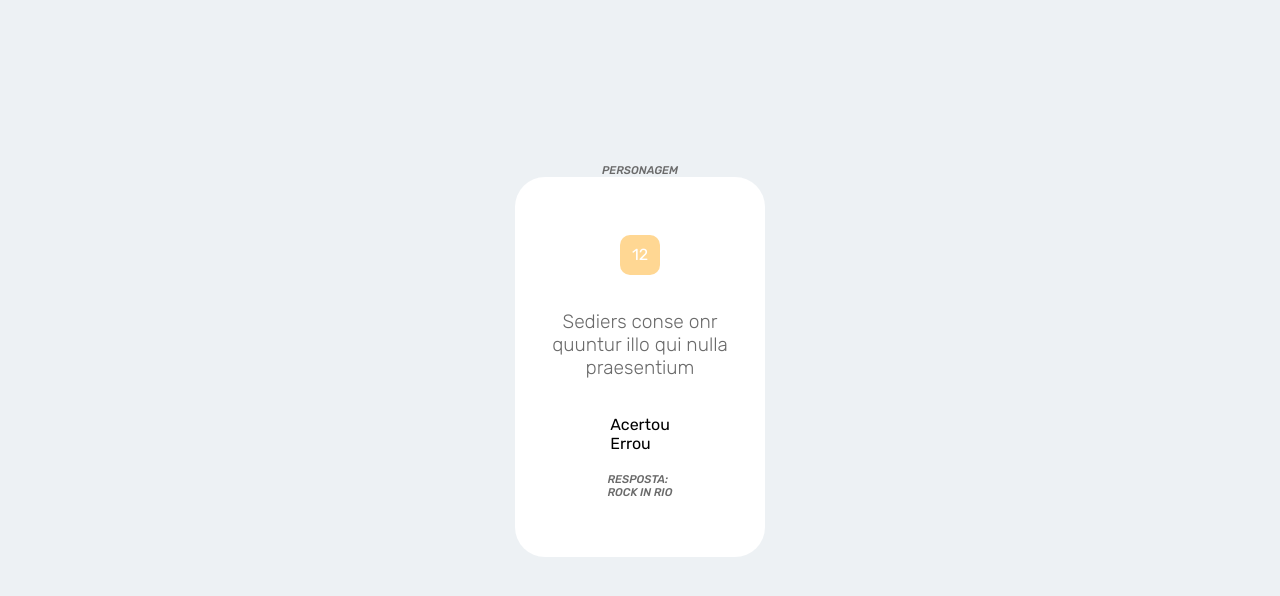
Repository: lucasthaynan/acertai
Page: index.html
These files come from the project's save history. The page is drawn as it stood at one moment and after the next save; the edit follows.
The browser window is 1280 px wide. The pictures show the whole page.

Above is the page before, as saved 2024-04-14 20:40:37.

### index.html
<!DOCTYPE html>
<html lang="en">
<head>
    <meta charset="UTF-8">
    <meta http-equiv="X-UA-Compatible" content="IE=edge">
    <meta name="viewport" content="width=device-width, initial-scale=1.0">
    <link rel="stylesheet" href="style.css">
    <title>AcertAí - Jogo</title>
</head>
<body>

    <section class="home">

        <div class="head-game">
            <img src="./imagens/logo.png" alt="">
            <div class="curve"></div>
        </div>

        <div class="option-times">
            <div class="two-times">2 times</div>
            <div class="three-times">3 times</div>
        </div>

    </section>

    <section class="info-times">

        <div class="container">
            <div class="name">
                <label>Nome do time</label>
                <input type="text" name="name_time" placeholder="Time A">
            </div>

            <div class="avatar">
                <p>Selecionar avatar</p>
                <div class="options-avatar">

                    <div class="image select" id="a">
                        <img src="./imagens/avatar/avatar_a.jpg" alt="">
                    </div>
                    <div class="image" id="b">
                        <img src="./imagens/avatar/avatar_a.jpg" alt="">
                    </div>
                    <div class="image" id="c">
                        <img src="./imagens/avatar/avatar_a.jpg" alt="">
                    </div>
                    <div class="image" id="d">
                        <img src="./imagens/avatar/avatar_a.jpg" alt="">
                    </div>
                    <div class="image" id="e">
                        <img src="./imagens/avatar/avatar_a.jpg" alt="">
                    </div>
                    <div class="image" id="f">
                        <img src="./imagens/avatar/avatar_a.jpg" alt="">
                    </div>
                </div>

            </div>

            <div class="container-btn">
                <input type="submit" value="Concluir">
            </div>

        </div>
    </section>


    <section class="random-category">
        <div class="category lugar view">
            <p>Lugar</p>
        </div>
        <div class="category personagem">
            <p>Personagem</p>
        </div>
        <div class="category tecnologia">
            <p>Tecnologia</p>
        </div>
        <div class="category objeto">
            <p>Objeto</p>
        </div>
        <div class="category ano">
            <p>Ano</p>
        </div>
    </section>

    <section class="select-tips personagem">

        <div class="name-category">
            <p>Personagem</p>
        </div>

        <div class="container options-game">

            <p>Escolher dica</p>

            <div class="options">
                <div class="btn" id="1">01</div>
                <div class="btn select" id="2">02</div>
                <div class="btn" id="3">03</div>
                <div class="btn" id="4">04</div>
                <div class="btn" id="5">05</div>
                <div class="btn" id="6">06</div>
                <div class="btn" id="7">07</div>
                <div class="btn" id="8">08</div>
                <div class="btn" id="9">09</div>
                <div class="btn" id="10">10</div>
                <div class="btn" id="11">11</div>
                <div class="btn" id="12">12</div>
                <div class="btn" id="13">13</div>
                <div class="btn" id="14">14</div>
                <div class="btn" id="15">15</div>
                <div class="btn" id="16">16</div>
                <div class="btn" id="17">17</div>
                <div class="btn" id="18">18</div>
                <div class="btn" id="19">19</div>
                <div class="btn" id="20">20</div>
            </div>

        </div>

        <div class="container tip">

            <div>
                <div class="number-tip">12</div>
                <div class="phrase">
                    <p>Sediers conse onr quuntur illo qui nulla praesentium</p>
                </div>
                <div class="btns-result">
                    <div class="right">Acertou</div>
                    <div class="missed">Errou</div>
                </div>

                <div class="result-correct">
                    <p>Resposta:</p>
                    <p class="name-correct">Rock in Rio</p>
                </div>
            </div>

        </div>

        <div class="time-process">
            <div class=""></div>
        </div>

    </section>



    <script src="./main.js"></script>
</body>
</html>

### style.css


@import url('https://fonts.googleapis.com/css2?family=Rubik:ital,wght@0,300..900;1,300..900&display=swap');


:root {
  --lugar: #FFD793;
  --personagem: #4074F5;
  --tecnologia: #28A37A;
  --objeto: #FE8369;
  --ano: #AF55CC;

  --bg-secundaria: #4074F5;
  --bg-claro: #FFFFFF;
  --bg: #EDF1F4;

  --text-claro: #FFFFFF;
  --text-escuro: #6A6A6A;

  --border: #E8EAEE;
  --border-active: #4074F5;

  --btn-right: #2FA852;
  --btn-missed: #EB3C2E;
}

* {
  margin: 0;
  padding: 0;

  font-family: "Rubik", sans-serif;
  font-optical-sizing: auto;
  font-size: 1rem;
  font-weight: 400;
  font-style: normal;

}


section {
    display: none;
    width: 100vw;
    height: 100vh;
    flex-direction: column;
    align-items: center;
    justify-content: flex-start;

}

p {
    font-size: 0.7rem;
    color: var(--text-escuro);
    font-style: italic;
    font-weight: 500;
    text-transform: uppercase;
}

/* HOME */

section.home {
    /* display: flex; */
    display: none;
    background-color: var(--bg);
}

section.home > div.head-game {
    display: flex;
    flex-direction: column;
    align-items: center;
    justify-content: center;
    width: 100vw;
    height: 230px;
    background-color: var(--bg-secundaria);
}

section.home > div.head-game img {
    width: 170px;
}

section.home > div.option-times {
    margin-top: 50px;
}

section.home > div.option-times > div {

    background-color: var(--btn-right);
    color: var(--text-claro);
    text-align: center;
    padding: 10px 40px;
    border-radius: 50px;
    margin-top: 30px;

    letter-spacing: 2.5px;
    text-transform: uppercase;
    font-weight: 300;
    font-size: 0.9rem;

    /* filter: drop-shadow(2px 2px 3px #d4d4d4); */

}


/* INFOS TIMES */

section.info-times {
    /* display: flex; */
    display: none;
    justify-content: center;
    align-items: center;
    background-color: var(--bg);
}

section.info-times .container {
    width: 250px;
    height: 400px;
    border-radius: 30px;
    background-color: var(--bg-claro);
}

section.info-times .avatar {
    display: flex;
    flex-direction: row;
    flex-wrap: wrap;
    justify-content: center;
    align-items: center;
}

section.info-times .options-avatar {
    display: flex;
    flex-direction: row;
    flex-wrap: wrap;
    justify-content: center;
    align-items: center;
    gap: 5px;
}


section.info-times .avatar img {
    width: 60px;
    border: 2px solid var(--border);
    border-radius: 16px;
    cursor: pointer;
}

section.info-times .avatar .select > img {
    border: 2px solid var(--border-active);
}

section.info-times .name {
    display: flex;
    flex-direction: column;
    justify-content: center;
    align-items: center;
    margin: 30px 0;
}

section.info-times .name label,
section.info-times .avatar p {
    font-size: 0.7rem;
    color: var(--text-escuro);
    font-style: italic;
    font-weight: 500;
    text-transform: uppercase;
    margin: 7px 0px;
}

section.info-times .container-btn {
    display: flex;
    justify-content: center;
    margin-top: 20px;
}


section.info-times .container-btn input {

    background-color: var(--btn-right);
    color: var(--text-claro);
    text-align: center;
    padding: 8px 25px;
    border-radius: 50px;
    margin-top: 15px;

    letter-spacing: 2.5px;
    text-transform: uppercase;
    font-weight: 300;
    font-size: 0.7rem;

    border: 0px;

}



section.info-times {
    /* display: flex; */
    display: none;
    justify-content: center;
    align-items: center;
    background-color: var(--bg);
}


/* RANDOM CATEGORY */

section.random-category {
    /* display: flex; */
    display: none;
    justify-content: center;
    align-items: center;
    background-color: var(--bg);
}

section.random-category .category {
    display: none;
    width: 100vw;
    height: 100vh;

}

section.random-category .category p {
    background-color: rgba(0, 0, 0, 0.208);
    color: var(--text-claro);
    text-align: center;
    padding: 10px 40px;
    border-radius: 50px;
    margin-top: 15px;

    letter-spacing: 2.5px;
    text-transform: uppercase;
    font-weight: 300;
    font-size: 1.2rem;

    border: 0px;
}

section.random-category .category.view {
    display: flex;
    /* display: none; */
    justify-content: center;
    align-items: center;
    background-color: var(--lugar);
}


section.random-category .category.lugar {
    background-color: var(--lugar);
}

section.random-category .category.personagem {
    background-color: var(--personagem);
}

section.random-category .category.tecnologia {
    background-color: var(--tecnologia);
}

section.random-category .category.ano {
    background-color: var(--ano);
}

section.random-category .category.objeto {
    background-color: var(--objeto);
}



/* SELECT TIPS */

section.select-tips {
    display: flex;
    /* display: none; */
    justify-content: center;
    align-items: center;
    flex-direction: column;
    background-color: var(--bg);
}


section.select-tips .container {
    width: 250px;
    height: 380px;
    border-radius: 30px;
    background-color: var(--bg-claro);
}

section.select-tips .container.options-game {
    /* display: flex; */
    display: none;
    flex-direction: column;
    justify-content: center;
    align-items: center;
}

section.select-tips .container.options-game .options {
    display: flex;
    flex-direction: row;
    justify-content: center;
    align-items: center;
    flex-wrap: wrap;
    gap: 8px;
    padding: 20px 20px;
}

section.select-tips .container.options-game .options div.btn {
    width: 20px;
    height: 20px;
    background-color: var(--lugar);
    padding: 10px;
    border-radius: 10px;
    display: flex;
    justify-content: center;
    align-items: center;
    color: var(--text-claro);
    cursor: pointer;
}


section.select-tips .container.options-game .options div.btn.select {
    opacity: 0.4;
    cursor: none;
    pointer-events: none;
}

section.select-tips .container.tip,
section.select-tips .container.tip > div {
    display: flex;
    /* display: none; */
    flex-direction: column;
    justify-content: center;
    align-items: center;

}

section.select-tips .container.tip > div {
    padding: 30px;
    gap: 20px;
}
section.select-tips .container.tip .number-tip {
    width: 20px;
    height: 20px;
    background-color: var(--lugar);
    padding: 10px;
    border-radius: 10px;
    display: flex;
    justify-content: center;
    align-items: center;
    color: var(--text-claro);
    cursor: pointer;
}

section.select-tips .container.tip .phrase {
    height: 100px;
    display: flex;
    justify-content: center;
    align-items: center;
}

section.select-tips .container.tip .phrase p {
    text-align: center;
    font-size: 1.2rem;
    font-style: normal;
    font-weight: 300;
    text-transform: none;
}

### main.js
let dataCartas;

// Função para carregar o JSON via Fetch
function carregarCartas() {
    fetch('./data/cartas.json')
        .then(response => {
            if (!response.ok) {
                throw new Error('Erro ao carregar o arquivo JSON');
            }
            return response.json();
        })
        .then(data => {
            dataCartas = data.cartas;
            // Aqui você pode fazer o que quiser com os dados carregados
            console.log(data);
            // Por exemplo, você pode chamar uma função para manipular as cartas
            manipularCartas(data.cartas);
        })
        .catch(error => {
            console.error('Ocorreu um erro:', error);
        });
}

// Função para embaralhar a ordem das afirmações
function embaralharAfirmações(afirmações) {
    // Copiando o array de afirmações
    const afirmaçõesEmbaralhadas = afirmações.slice();
    // Embaralhando o array
    for (let i = afirmaçõesEmbaralhadas.length - 1; i > 0; i--) {
        const j = Math.floor(Math.random() * (i + 1));
        [afirmaçõesEmbaralhadas[i], afirmaçõesEmbaralhadas[j]] = [afirmaçõesEmbaralhadas[j], afirmaçõesEmbaralhadas[i]];
    }
    return afirmaçõesEmbaralhadas;
}

// Função para manipular as cartas
function manipularCartas(cartas) {
    // Aqui você pode fazer o que quiser com as cartas, como exibir na tela, etc.
    // Por enquanto, vamos apenas imprimir no console
    cartas.forEach(carta => {
        console.log('Categoria:', carta.categoria);
        console.log('Resposta:', carta.resposta);
        console.log('Dificuldade:', carta.dificuldade);
        console.log('Afirmações:');
        const afirmaçõesEmbaralhadas = embaralharAfirmações(carta.afirmações);
        afirmaçõesEmbaralhadas.forEach(afirmação => {
            console.log('-', afirmação);
        });
        console.log('------------------');
    });
}

// Chamando a função para carregar as cartas quando a página é carregada
carregarCartas();

### data/cartas.json
{
    "cartas": [
      {
        "categoria": "Tecnologia",
        "resposta": "QR Code",
        "id": "TEC-01",
        "dificuldade": "médio",
        "afirmações": [
          "Foi criado no Japão",
          "É uma forma de código de barras",
          "Usado para armazenar informações",
          "Pode ser escaneado por smartphones",
          "Utilizado em pagamentos móveis",
          "Desenvolvido originalmente para a indústria automotiva",
          "Possui padrão de matriz quadrada",
          "Pode ser usado em marketing",
          "Armazena mais dados que um código de barras tradicional",
          "Sua leitura é rápida",
          "Contém padrões de erro para integridade de dados",
          "Pode ser personalizado esteticamente",
          "Utilizado em ingressos de eventos",
          "Também serve para acessar sites",
          "Pode conter vCards em eventos de networking",
          "Utilizado em ações de realidade aumentada",
          "Popular em campanhas publicitárias",
          "Pode codificar informação em ambos os eixos",
          "Usado em cartões de visita digitais",
          "Crescente uso em sistemas de saúde"
        ]
      },
      {
        "categoria": "Personagem",
        "resposta": "Cleópatra",
        "id": "PER-01",
        "dificuldade": "médio",
        "afirmações": [
          "Foi a última rainha do Egito",
          "Conhecida por sua beleza e inteligência",
          "Teve um caso com Júlio César",
          "Aliou-se politicamente com Marco Antônio",
          "Descendente da dinastia de Ptolomeu",
          "Sua morte marcou o fim do Egito Ptolomaico",
          "Conhecida por sua habilidosa diplomacia",
          "Famosa por um banho de leite",
          "Representada frequentemente em obras de arte",
          "Uma figura popular na história romana",
          "Foi mãe de Caesário",
          "Sua morte foi por suicídio, dizem, com uma áspide",
          "Ela reinou por 21 anos",
          "Habilmente manteve o poder enquanto aliada de Roma",
          "Tentou restaurar o prestígio de seu reino",
          "Reputada por ser poliglota",
          "Sua história foi dramatizada por Shakespeare",
          "Conhecida também por suas conquistas científicas",
          "Foi um ícone feminino da antiguidade",
          "Sua vida inspirou numerosos filmes"
        ]
      },
      {
        "categoria": "Lugar",
        "resposta": "Ilha de Páscoa",
        "id": "LUG-01",
        "dificuldade": "médio",
        "afirmações": [
          "Localizada no Oceano Pacífico",
          "Conhecida pelos moais, grandes estátuas de pedra",
          "Território é uma província do Chile",
          "É um dos locais mais isolados habitados do mundo",
          "Primeiro contato europeu em 1722",
          "Também chamada de Rapa Nui",
          "Polinésios são considerados os primeiros habitantes",
          "Tem um clima subtropical",
          "É uma atração turística popular",
          "A ilha tem uma área de cerca de 163 km²",
          "Os moais foram criados para honrar antepassados importantes",
          "Inscrita como Patrimônio Mundial da UNESCO",
          "Sua ecologia sofreu devido ao desmatamento",
          "A ilha também possui um vulcão adormecido",
          "Existem teorias sobre a extinção da cultura local",
          "A população local restringe turistas para conservar a cultura",
          "Artefatos antigos são encontrados por toda a ilha",
          "Tem um aeroporto que conecta ao continente",
          "Estudos indicam que a ilha foi povoada no século IV",
          "A ilha tem uma limitada biodiversidade devida à isolamento"
        ]
      },
      {
        "categoria": "Ano",
        "resposta": "1969",
        "id": "ANO-01",
        "dificuldade": "médio",
        "afirmações": [
          "Neil Armstrong pisou na Lua",
          "Woodstock atraiu cerca de 400 mil pessoas",
          "O Concorde fez seu primeiro voo de teste",
          "Richard Nixon tornou-se presidente dos EUA",
          "Primeiro episódio de 'Monty Python' foi ao ar",
          "Internet teve sua precursora, a ARPANET, iniciada",
          "Os Beatles fizeram sua última apresentação pública",
          "O primeiro transplant de olho foi realizado",
          "Liberdade para o amor, do Led Zeppelin, foi lançado",
          "A tropa de elite dos EUA sofreu em embate em Hamburger Hill",
          "O filme 'Butch Cassidy' foi um sucesso de bilheteira",
          "O Boeing 747 fez seu voo inaugural comercial",
          "A Ponte do Rio Kwai desabou",
          "Metralhadoras dispararam pela primeira vez em uma guerra",
          "O projeto Apollo foi televisionado ao vivo",
          "A Sesame Street estreou na televisão dos EUA",
          "Foi introduzida a classificação indicativa em filmes",
          "Os Mets ganharam a World Series pela primeira vez",
          "Primeiro transplante de coração artificial temporário",
          "O Vaticano iniciou reformas litúrgicas"
        ]
      },
      {
        "categoria": "Objeto",
        "resposta": "Fita Cassete",
        "id": "OBJ-01",
        "dificuldade": "fácil",
        "afirmações": [
          "Usada para gravação e reprodução de som",
          "Formato popular nas décadas de 70 e 80",
          "Vendida inicialmente em 1963",
          "Desenvolvida pela Philips",
          "Compacta e portátil comparada a alternativas",
          "Revolutionou a maneira como as pessoas ouviam música",
          "Gradualmente substituída por CDs",
          "Usava fita magnética para armazenar dados",
          "Possuía dois lados, A e B",
          "Pode ser rebobinada e avançada",
          "Foi parte do primeiro Sony Walkman",
          "Permitia criar mixtapes personalizadas",
          "Comumente usada em gravadores e tocadores de fita",
          "Sua qualidade de som é considerada baixa hoje",
          "Foi crucial para a disseminação do punk e novas ondas",
          "Suas vendas declinaram nos anos 90",
          "Experienciando um revival nostálgico",
          "Artistas modernos às vezes lançam neste formato",
          "Prone a enroscar e emaranhar",
          "Uma alternativa mais conveniente aos LPs de vinil"
        ]
      }
    ]
  }

After the next save:
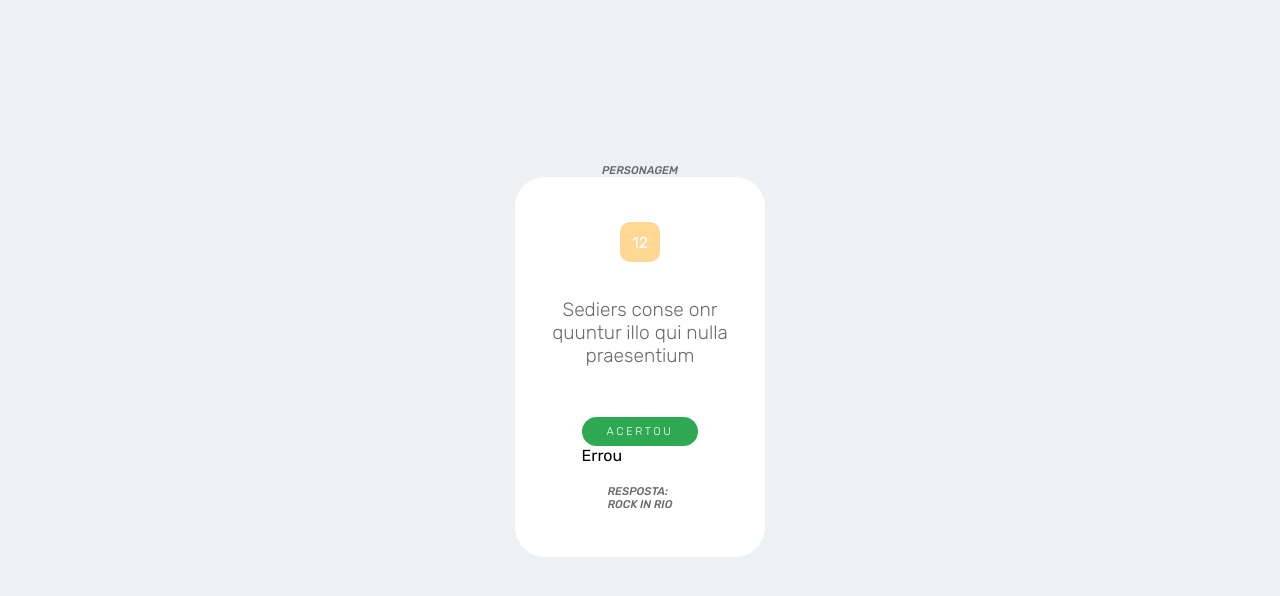
Saved 3 min 37 s later.
--- a/style.css
+++ b/style.css
@@ -362,3 +362,21 @@ section.select-tips .container.tip .phrase p {
     font-weight: 300;
     text-transform: none;
 }
+
+
+section.select-tips .container.tip .right {
+
+    background-color: var(--btn-right);
+    color: var(--text-claro);
+    text-align: center;
+    padding: 8px 25px;
+    border-radius: 50px;
+    margin-top: 15px;
+
+    letter-spacing: 2.5px;
+    text-transform: uppercase;
+    font-weight: 300;
+    font-size: 0.7rem;
+
+    border: 0px;
+}
